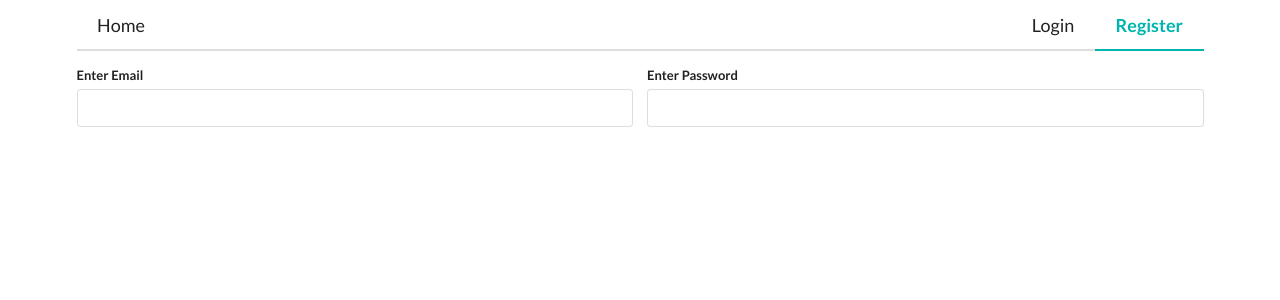
Repository: m-ahmadshaikh/SociaSpark
Page: /register (app in client/)
An editor plug-in stored every save of this project. The page is shown before and after the next save, followed by the edit.
The browser window is 1280 px wide. The pictures show the whole page.
The project was rebuilt for these pictures with package versions that can differ from the ones it lists, and the page was loaded fresh each time. Also part of the build but not shown: client/vite.config.js, client/src/App.css, client/src/components/PostCard.jsx, client/src/pages/Home.jsx, client/src/pages/Login.jsx.

Above is the page before, as saved 2022-10-23 14:56:25.

After the next save:
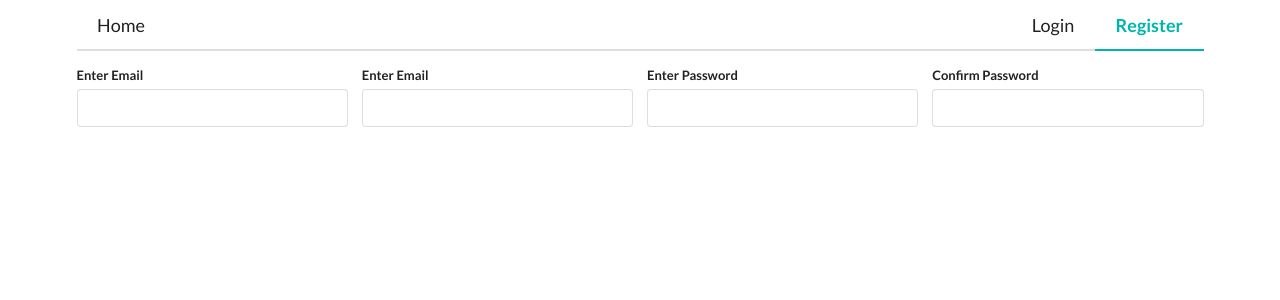
Saved 36 s later.
--- a/client/src/pages/Register.jsx
+++ b/client/src/pages/Register.jsx
@@ -12,7 +12,17 @@
     <Form>
       <Form.Group widths="equal">
         <Form.Input label="Enter Email" type="email" value={values.email} />
-        <Form.Input label="Enter Password" type="password" />
+        <Form.Input label="Enter Email" type="email" value={values.email} />
+        <Form.Input
+          label="Enter Password"
+          type="password"
+          value={values.password}
+        />
+        <Form.Input
+          label="Confirm Password"
+          type="password"
+          value={values.confirmPassword}
+        />
       </Form.Group>
     </Form>
   );
